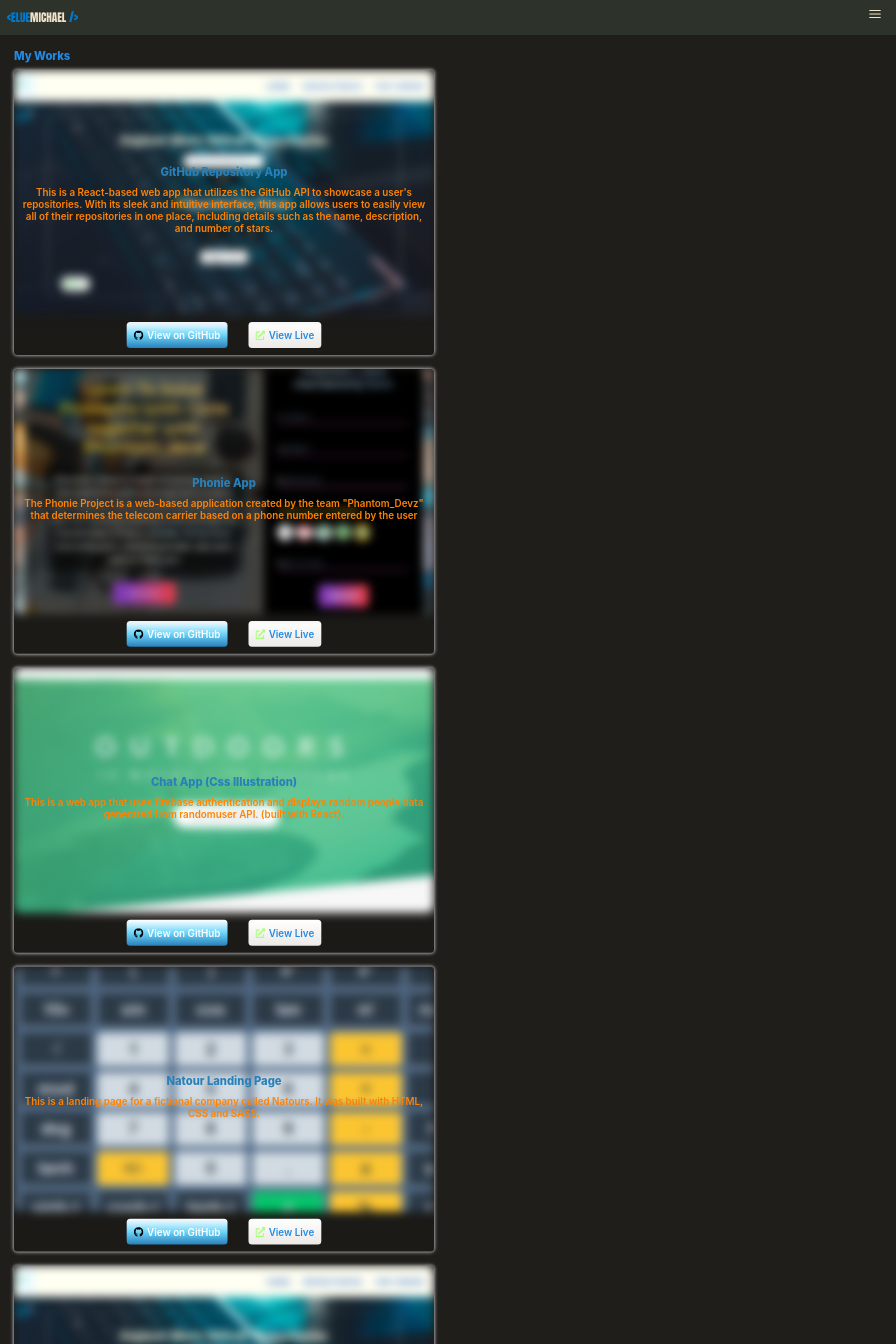
Repository: MikkyPrestige/portfolio
Page: /projects
An editor plug-in stored every save of this project. The page is shown before and after the next save, followed by the edit.
The browser window is 1280 px wide. The pictures show the part of the page from y = 0 to 1920 px (the page is 5651 px tall before and 5001 px after), at 70% of full size.
The project was rebuilt for these pictures with package versions that can differ from the ones it lists, and the page was loaded fresh each time. Also part of the build but not shown: src/components/avatar.jsx, src/components/home.jsx, src/components/about.jsx, src/components/fallback.jsx.

Above is the page before, as saved 2023-02-21 19:37:42.

### public/index.html
<!DOCTYPE html>
<html lang="en">
  <head>
    <meta charset="utf-8" />
    <link rel="icon" href="%PUBLIC_URL%/favicon.ico" />
    <meta name="viewport" content="width=device-width, initial-scale=1" />
    <meta name="theme-color" content="#000000" />
    <meta
      name="description"
      content="Web site created using create-react-app"
    />
    <link rel="apple-touch-icon" href="%PUBLIC_URL%/logo192.png" />
    <!--
      manifest.json provides metadata used when your web app is installed on a
      user's mobile device or desktop. See https://developers.google.com/web/fundamentals/web-app-manifest/
    -->
    <link rel="manifest" href="%PUBLIC_URL%/manifest.json" />
    <!--
      Notice the use of %PUBLIC_URL% in the tags above.
      It will be replaced with the URL of the `public` folder during the build.
      Only files inside the `public` folder can be referenced from the HTML.

      Unlike "/favicon.ico" or "favicon.ico", "%PUBLIC_URL%/favicon.ico" will
      work correctly both with client-side routing and a non-root public URL.
      Learn how to configure a non-root public URL by running `npm run build`.
    -->
    <title>Elue Michael Portfolio</title>
  </head>
  <body>
    <noscript>You need to enable JavaScript to run this app.</noscript>
    <div id="root"></div>
    <!--
      This HTML file is a template.
      If you open it directly in the browser, you will see an empty page.

      You can add webfonts, meta tags, or analytics to this file.
      The build step will place the bundled scripts into the <body> tag.

      To begin the development, run `npm start` or `yarn start`.
      To create a production bundle, use `npm run build` or `yarn build`.
    -->
  </body>
</html>

### src/assets/styles/sass/main.scss
@import 'abstracts/variables';
@import 'base/utilities';
@import 'base/base';
@import 'layouts/header';
@import 'pages/home';
@import 'pages/about';
@import 'pages/projects';
@import 'base/animation';

// @media (prefers-reduced-motion: no-preference) {
//   .App-logo {
//     animation: App-logo-spin infinite 20s linear;
//   }
// }

// @keyframes App-logo-spin {
//   from {
//     transform: rotate(0deg);
//   }
//   to {
//     transform: rotate(360deg);
//   }
// }

### src/components/layout.jsx
import React from "react";
import { MdClose } from "react-icons/md";
import { FiMenu } from "react-icons/fi";
import { useState } from "react";
import { NavLink } from "react-router-dom";

const Layout = () => {
  return (
    <div>
      <LayoutSmall />
      <LayoutLarge />
    </div>
  );
};

const CustomNavLink = ({ to, ...props }) => {
  let activeStyle = {
    color: "var(--color--green)",
    textDecoration: "underline",
  };

  return (
    <NavLink
      to={to}
      style={({ isActive }) =>
        isActive ? activeStyle : { textDecoration: "none" }
      }
      {...props}
    />
  );
};

const LayoutSmall = () => {
  const [showMenu, setShowMenu] = useState(false);

  const toggleMenu = () => {
    setShowMenu(!showMenu);
  };

  const closeMenu = () => {
    setShowMenu(false);
  };

  return (
    <div className="layout layout--small">
      <header className="layout--header">
        <div className="layout--header__title">
          <h1 className="layout--header__title__content">
            <span className="layout--header__title__content__span">{"<"}</span>
            <span className="layout--header__title__content__span--2">
              ELUE
            </span>
            MICHAEL{" "}
            <span className="layout--header__title__content__span">{"/>"}</span>
          </h1>
        </div>
        <nav className="layout--menu">
          <button className="layout--menu__button" onClick={toggleMenu}>
            {showMenu ? <MdClose /> : <FiMenu />}
          </button>
          <div className={`layout--menu__content ${showMenu ? "show" : ""}`}>
            <ul className="layout--menu__content__list">
              <li>
                <CustomNavLink
                  to="/"
                  onClick={closeMenu}
                  className="layout--menu__content__list__item"
                >
                  <span>#</span>Home
                </CustomNavLink>
              </li>
              <li>
                <CustomNavLink
                  to="/about"
                  onClick={closeMenu}
                  className="layout--menu__content__list__item"
                >
                  <span>#</span>About me
                </CustomNavLink>
              </li>
              <li>
                <CustomNavLink
                  to="/projects"
                  onClick={closeMenu}
                  className="layout--menu__content__list__item"
                >
                  <span>#</span>Projects
                </CustomNavLink>
              </li>
              <li>
                <CustomNavLink
                  to="/contact"
                  onClick={closeMenu}
                  className="layout--menu__content__list__item"
                >
                  <span>#</span>Contact
                </CustomNavLink>
              </li>
            </ul>
          </div>
        </nav>
      </header>
    </div>
  );
};

const LayoutLarge = () => {
  return (
    <div className="layout layout--large">
      <header className="layout--header">
        <div className="layout--title">
          <h1 className="layout--title__content">
            <span className="layout--title__content__span">{"<"}</span>
            <span className="layout--header__title__content__span--2">
              ELUE
            </span>
            MICHAEL<span className="layout--title__content__span">{"/>"}</span>
          </h1>
        </div>
        <div className="layout--menu">
          <ul className="layout--menu__list">
            <li className="layout--menu__list__item">
              <CustomNavLink to="/">Home</CustomNavLink>
            </li>
            <li className="layout--menu__list__item">
              <CustomNavLink to="/about">About me</CustomNavLink>
            </li>
            <li className="layout--menu__list__item">
              <CustomNavLink to="/projects">Projects</CustomNavLink>
            </li>
            <li className="layout--menu__list__item">
              <CustomNavLink to="/contact">Contact</CustomNavLink>
            </li>
          </ul>
        </div>
      </header>
    </div>
  );
};

export { Layout, LayoutSmall, LayoutLarge };

### src/assets/styles/sass/abstracts/_variables.scss
:root {
  --color-primary: #cc4600;
  --color-secondary: #bb45cb;
  --color-tertiary: #eefff8;

  // MARK UP
  --color--markup: #FF8303;
  // TEXT
  --color--text: #F0E3CA;

  // BACKGROUND
  --color--bg: #2D322A;
  --color--bg-light: #242320;
  --color--bg-dark: #1B1A17;
  --color--bg-dark-2: #1F1E1B;
  //DARK
  --color--dark: rgba(22, 22, 22, 1);
  --color--dark-1: rgba(34, 34, 34, 1);
  --color--dark-2: rgba(45, 45, 45, 1);
  --color--dark-3: rgba(51, 51, 51, 1);
  --color--dark-4: rgba(189, 189, 189, 1);
  //WHITE
  --color--white: rgba(255, 255, 255, 1);
  --color--white-1: rgba(240, 227, 202, 1);
  --color--white-2: #ece9e6;
  --color--white-op: rgba(240, 227, 202, 0.76);

  // GRAY
  --color--gray: #ABB2BF;

  --light-blue: rgba(97, 218, 251, 1);
  --light-blue--1: #3bc9db;
  --light-blue--2: #6dd5fa;
  --dark-blue: rgba(0, 122, 204, 1);
  --dark-blue--1: #2980b9;
  --blue-cyan: #228be6;
  --dark-blue-op: rgba(6, 6, 7, 0.82);

  --color--green: rgba(131, 205, 41, 1);

  //Font size
  --font-size: 1rem;
  --font-size--small: 1.2rem;
  --font-size--medium: 1.4rem;
  --font-size--large: 1.6rem;
  --font-size--x-large: 1.8rem;
  --font-size--xx-large: 2rem;
  // ICON FONTS
  --font-size--icon: 3rem;
  --font-size--icon-1: 3.5rem;
  --font-size--icon-2: 4rem;


  //Font family
  --font-family: 'Roboto', sans-serif;
  --font--family--primary: 'Inter', sans-serif;
  --font-family--secondary: 'Inconsolata', monospace;
  --font-family--tertiary: 'Impact', sans-serif;
  --font-family--2: 'Fira Code', monospace;

  // FONT WEIGHT
  --font-weight--light: 300;
  --font-weight--regular: 400;
  --font-weight--medium: 600;
  --font-weight--bold: 800;
  --font-weight--boldest: 900;
}

### src/assets/styles/sass/base/_utilities.scss
.github-link-bg {
  background: linear-gradient(to top, var(--dark-blue--1), var(--light-blue--2), var(--color--white));
}

.live-link-bg {
  background: linear-gradient(to top, var(--color--white-2), var(--color--white));
}

.blue-markup {
  color: var(--blue-cyan) !important;
}

### src/assets/styles/sass/base/_base.scss
*,
*::after,
*::before {
  margin: 0;
  padding: 0;
  box-sizing: border-box;
}

html {
  font-size: 62.5%;
  font-family: var(--font-family);
  color: var(--color-white);
  background-color: var(--color--bg);
}

::selection {
  background-color: var(--color-primary);
  color: var(--color-white);
}

### src/assets/styles/sass/layouts/_header.scss
.layout {
  width: 100%;
  height: 5rem;

  &--header {
    display: flex;
    justify-content: space-between;
    align-items: center;
    padding: 1rem;

    &__title {
      text-align: center;

      &__content {
        color: var(--color--text);
        font-family: var(--font-family--tertiary);
        font-size: var(--font-size--large);
        font-weight: var(--font-weight--regular);
        position: absolute;
        z-index: 1000;

        &__span {
          color: var(--dark-blue);
          font-size: var(--font-size--x-large);

          &--2 {
            color: var(--dark-blue);
          }
        }
      }
    }
  }

  &--menu {
    position: relative;

    &__button {
      position: fixed;
      top: 1rem;
      right: 2rem;
      z-index: 10;
      background-color: var(--color--bg);
      color: var(--color--text);
      border: none;
      font-size: var(--font-size--xx-large);
      font-weight: var(--font-weight--bold);
      cursor: pointer;
    }

    &__content {
      position: fixed;
      top: 0;
      right: 0;
      width: 0;
      max-width: 100%;
      height: 85%;
      background-color: var(--color--bg-dark);
      z-index: 5;
      overflow: hidden;

      &.show {
        width: 100%;
        transition: all 1s ease-in-out;
        -webkit-transition: all 1s ease-in-out;
        -moz-transition: all 1s ease-in-out;
        -ms-transition: all 1s ease-in-out;
        -o-transition: all 1s ease-in-out;
      }

      &__list {
        list-style: none;
        display: flex;
        flex-direction: column;
        justify-content: center;
        align-items: center;
        gap: 5rem;
        padding: 0;
        margin-top: 8rem;

        &__item {
          color: var(--dark-blue);
          font-family: var(--font-family--secondary);
          font-size: var(--font-size--large);
          font-weight: var(--font-weight--bold);
          font-style: normal;
          text-transform: capitalize;
          cursor: pointer;
          transition: all 1s ease-in-out;
          -webkit-transition: all 1s ease-in-out;
          -moz-transition: all 1s ease-in-out;
          -ms-transition: all 1s ease-in-out;
          -o-transition: all 1s ease-in-out;

          &:hover,
          &:active {
            color: var(--color--text);
          }

          span {
            color: var(--color--white-1);
          }
        }
      }
    }
  }


  &--large {
    display: none;
  }
}

### src/assets/styles/sass/pages/home.scss
.home {
  width: 100%;
  height: 100vh;
  background: radial-gradient(100% 100% at 50% 100%, var(--color--bg-dark-2) 21.52%, var(--color--bg-dark) 100%);

  &--contents {
    display: flex;
    flex-direction: column;
    justify-content: center;
    align-items: center;
    padding: 3rem 5rem;
    gap: 3rem;
  }

  &--content {
    display: flex;
    flex-direction: column;
    align-items: flex-start;
    padding: 0;
    gap: .5rem;

    &__title {
      font-family: var(--font-family--secondary);
      font-size: var(--font-size--x-large);
      font-weight: var(--font-weight--boldest);
      color: var(--dark-blue);
    }

    &__subtitle {
      font-family: var(--font-family--secondary);
      font-size: var(--font-size--large);
      font-weight: var(--font-weight--bold);
      color: var(--color--text);
    }

    &__desc {
      font-family: var(--font-family--secondary);
      font-size: var(--font-size--small);
      font-weight: var(--font-weight--regular);
      color: var(--color--white-1);
    }
  }

  &--avatar {
    border-radius: 5%;
    -webkit-border-radius: 5%;
    -moz-border-radius: 5%;
    -ms-border-radius: 5%;
    -o-border-radius: 5%;
    background-image: radial-gradient(circle, var(--blue-cyan) 5%, var(--light-blue--1) 95%);
  }
}

### src/assets/styles/sass/pages/_about.scss
.about {
  width: 100%;
  height: 100%;
  background-color: var(--color--bg-dark-2);
  color: var(--color--gray);

  &--wrapper {
    display: flex;
    flex-direction: column;
    justify-content: center;
    align-items: center;
    gap: 1rem;
  }

  &--desc {
    padding: 5rem;
    display: flex;
    flex-direction: column;
    justify-content: center;
    align-items: center;
    gap: 5rem;
  }

  &--img {
    position: relative;

    &__content1 {
      width: 3rem;
      height: 3rem;
      position: absolute;
      top: 0;
      left: 0;
      background: var(--dark-blue);
      transform: rotate(51.88deg);
    }

    &__content2 {
      width: 3rem;
      height: 3rem;
      position: absolute;
      top: 0;
      left: 0;
      background: var(--color--white-op);
    }
  }

  &--content {
    display: flex;
    flex-direction: column;
    justify-content: center;
    align-items: flex-start;
    gap: 2rem;
    font-family: var(--font-family--2);

    &__title {
      line-height: 2;

      &__head {
        font-size: var(--font-size--x-large);
        font-weight: var(--font-weight--medium);
      }

      &__span {
        color: var(--dark-blue);
      }

      &__subhead {
        font-size: var(--font-size--medium);
        font-weight: var(--font-weight--regular);
      }
    }

    &__text {
      padding-left: 3rem;
      line-height: 1.5;
      color: var(--color--text);

      &__head {
        font-size: var(--font-size--large);
        font-weight: var(--font-weight--regular);

        &__name {
          color: var(--blue-cyan);
          font-weight: var(--font-weight--medium);
        }
      }

      &__desc {
        font-size: var(--font-size--small);
        font-weight: var(--font-weight--regular);
      }
    }
  }

  &--skills {
    display: flex;
    flex-direction: column;
    justify-content: center;
    align-items: center;
    gap: 2rem;

    &__title__head {
      font-size: var(--font__title -size--x-large);
      font-weight: var(--font-weight--medium);
      color: var(--dark-blue);
      text-transform: capitalize;
    }

    &__icon {
      font-size: var(--font-size--medium);
      color: var(--color--white-1);
    }

    &__content {
      display: flex;
      flex-direction: column;
      align-items: flex-start;
      gap: 2rem;
      padding: 0;
      width: 100%;

      &__items {
        display: grid;
        grid-template-columns: repeat(2, 1fr);
        gap: 2rem 5rem;
        width: 100%;
        padding: 1rem 3rem;
        border-radius: 1rem;
        background-color: var(--color--bg-dark);

        &__card {
          display: flex;
          flex-direction: column;
          justify-content: center;
          align-items: center;
          padding: 1rem;
          width: 10rem;
          border-radius: 1rem;
          -webkit-border-radius: 1rem;
          -moz-border-radius: 1rem;
          -ms-border-radius: 1rem;
          -o-border-radius: 1rem;

          &__icon {
            font-size: var(--font-size--icon-2);
          }

          &__text {
            font-family: var(--font-family--secondary);
            font-size: var(--font-size--medium);
            font-weight: var(--font-weight--medium);
            color: var(--color--white-1);
          }
        }
      }
    }
  }
}

### src/assets/styles/sass/pages/_projects.scss
.project {
  padding: 2rem;
  background-color: var(--color--bg-dark-2);

  &--title {
    font-family: var(--font--family--secondary);
    font-size: var(--font-size--large);
    font-weight: var(--font-weight--bold);
    color: var(--blue-cyan);
    margin-bottom: 1rem;
  }

  &--wrapper {
    display: grid;
    grid-template-columns: repeat(1, 1fr);
    gap: 2rem;
    width: 100%;
  }

  &--card {
    background-color: var(--color--bg-dark);
    // margin: auto;
    padding: 1rem;
    border-radius: 0.5rem;
    box-shadow: 0 0 0.5rem 0.1rem var(--color--dark-4);
    transition: all 0.3s ease-in-out;
    position: relative;
    display: flex;
    flex-direction: column;
    justify-content: center;
    align-items: center;
    // height: 100%;
    max-width: 60rem;
    overflow-y: hidden;

    &:hover {
      transform: translateY(-0.5rem);
      box-shadow: 0 0 0.5rem 0.1rem var(--color--dark-4);
    }

    &__blur {
      position: absolute;
      top: 0;
      left: 0;
      width: 100%;
      height: 35rem;
      border-radius: 1rem;
      background-size: cover;
      background-position: center;
      background-repeat: no-repeat;
      filter: blur(0.7rem);
      //z-index: 1;

      &-1 {
        background-image: url(../../../images/repoApp.jpeg);
      }

      &-2 {
        background-image: url(../../../images/phonieApp.jpeg);
      }

      &-3 {
        background-image: url(../../../images/natours.jpeg);
      }

      &-4 {
        background-image: url(../../../images/calculator.jpeg);
      }

      &-5 {
        background-image: url(../../../images/repoApp.jpeg);
      }

      &-6 {
        background-image: url(../../../images/fylo.jpeg);
      }

      &-7 {
        background-image: url(../../../images/orderCard.jpeg);
      }

      &-8 {
        background-image: url(../../../images/phonyApp.jpeg);
      }

      &-9 {
        background-image: url(../../../images/ratingApp.jpeg);
      }

      &-10 {
        background-image: url(../../../images/chatAppCss.jpeg);
      }

      &-11 {
        background-image: url(../../../images/trillo.jpeg);
      }

      &-12 {
        background-image: url(../../../images/statsCard.jpeg);
      }

      &-13 {
        background-image: url(../../../images/phonyApp.jpeg);
      }

      &-14 {
        background-image: url(../../../images/shoebrand.jpeg);
      }
    }

    &__content {
      height: 35rem;
      width: 100%;
      display: flex;
      flex-direction: column;
      justify-content: center;
      align-items: center;
      gap: 1rem;
      position: relative;
      top: 0;
      left: 0;

      &__title {
        font-family: var(--font--family--secondary);
        font-size: var(--font-size--large);
        font-weight: var(--font-weight--bold);
        color: var(--dark-blue--1);
      }

      &__desc {
        font-family: var(--font--family--secondary);
        font-size: var(--font-size--medium);
        font-weight: var(--font-weight--medium);
        color: var(--color--markup);
        text-align: center;
      }
    }

    &__links {
      display: flex;
      align-items: center;
      gap: 3rem;

      &__link {
        text-decoration: none;
        padding: 1rem;
        border-radius: 0.5rem;
        font-family: var(--font--family--secondary);
        font-size: var(--font-size--medium);
        font-weight: var(--font-weight--medium);
        color: var(--color--white);
        transition: all 0.3s ease-in-out;
        display: inline-flex;
        align-items: center;
        gap: .5rem;

        &:hover,
        &:focus {
          outline: none;
          animation: Heartbeat 1s infinite;
          -webkit-animation: Heartbeat 1s infinite;
}
      }
    }
  }
}

### src/assets/styles/sass/base/_animation.scss
//  INFINITE HEARTBEAT PAUSE ANIMATION

@keyframes Heartbeat {
  0% {
    transform: scale(1);
    -webkit-transform: scale(1);
    -moz-transform: scale(1);
    -ms-transform: scale(1);
    -o-transform: scale(1);
  }

  50% {
    transform: scale(1.05);
    -webkit-transform: scale(1.05);
    -moz-transform: scale(1.05);
    -ms-transform: scale(1.05);
    -o-transform: scale(1.05);
  }

  100% {
    transform: scale(1);
    -webkit-transform: scale(1);
    -moz-transform: scale(1);
    -ms-transform: scale(1);
    -o-transform: scale(1);
  }
}

Loaded but not shown: src/index.css (common file); src/reportWebVitals.js (common file); src/index.js (21 lines, source omitted); src/App.js (22 lines, source omitted); src/components/projects.jsx (437 lines, source omitted)

After the next save:
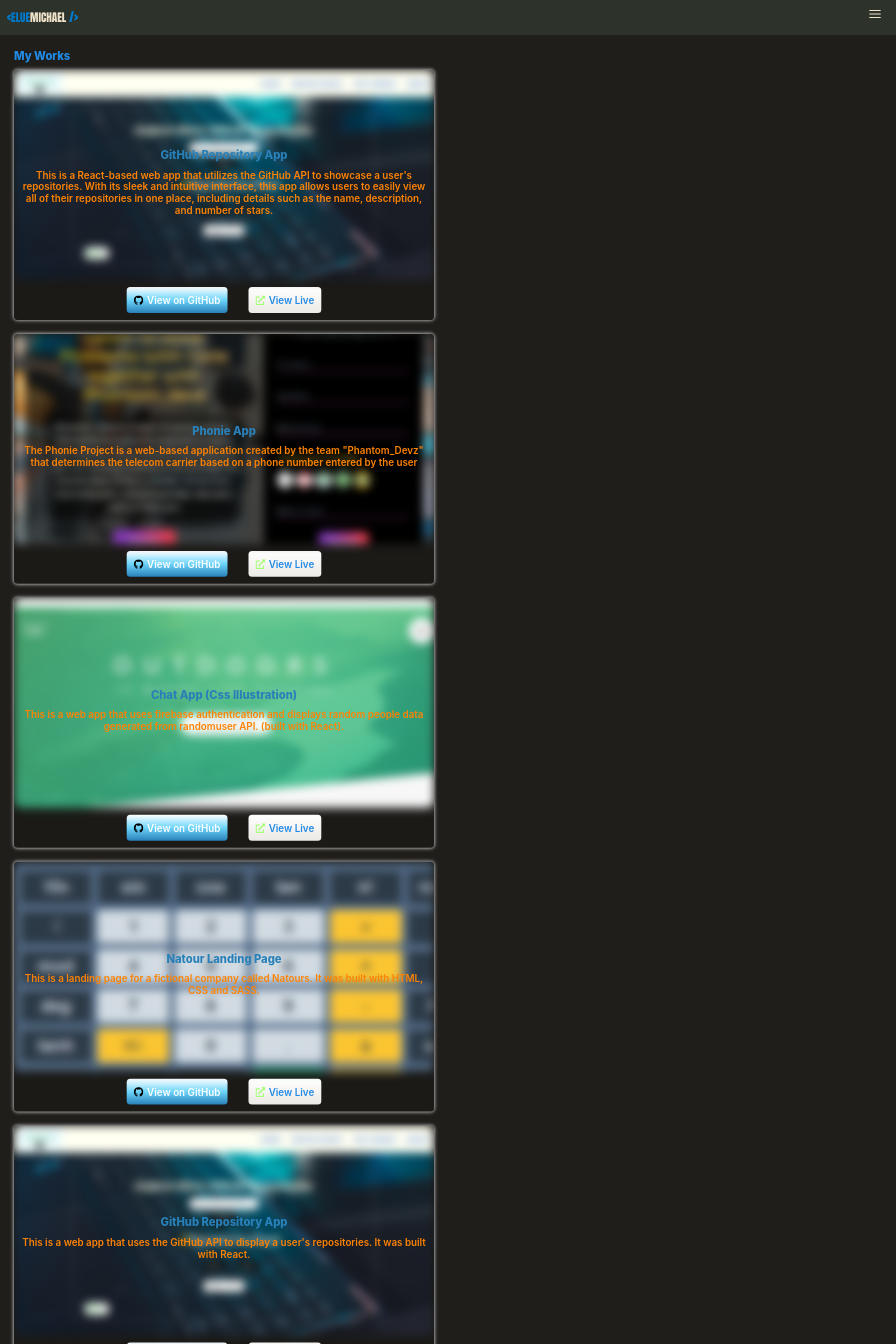
Saved 38 s later.
--- a/src/assets/styles/sass/pages/_projects.scss
+++ b/src/assets/styles/sass/pages/_projects.scss
@@ -43,7 +43,7 @@
       top: 0;
       left: 0;
       width: 100%;
-      height: 35rem;
+      height: 30rem;
       border-radius: 1rem;
       background-size: cover;
       background-position: center;
@@ -109,7 +109,7 @@
     }
 
     &__content {
-      height: 35rem;
+      height: 30rem;
       width: 100%;
       display: flex;
       flex-direction: column;
